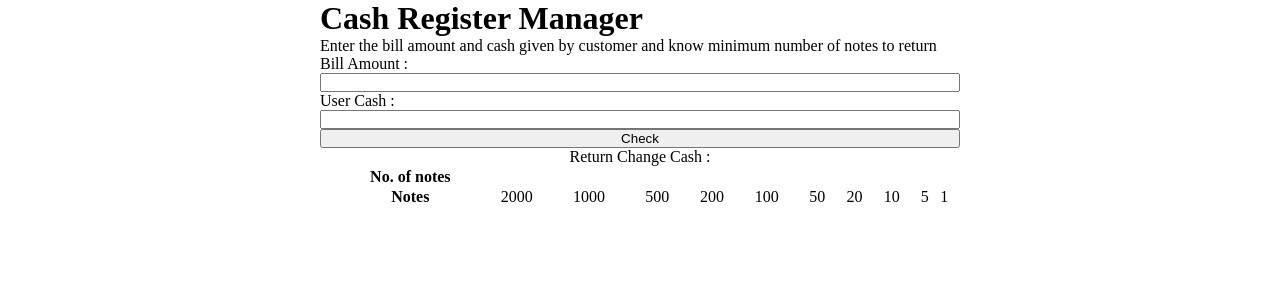
Repository: patelamancode/Cash-register-manager-app
Page: index.html
The author's editor kept a copy of each file at every save. The page is drawn from the files as they stood at one save, then again after the next save.
The browser window is 1280 px wide. The pictures show the whole page.

Above is the page before, as saved 2022-11-17 14:58:46.

After the next save:
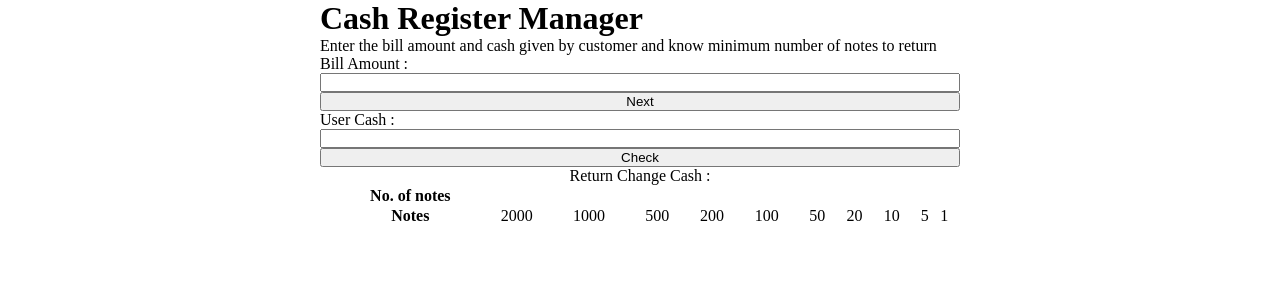
Saved 13 min 48 s later.
--- a/index.html
+++ b/index.html
@@ -17,6 +17,7 @@
         </p>
         <label for="Bill-amount">Bill Amount :</label>
         <input type="text" id="bill-amount">
+        <button id="next-btn">Next</button>
         <label for="Cash-amount">User Cash :</label>
         <input type="text" id="cash-amount">
         <button class="check-btn">Check</button>
